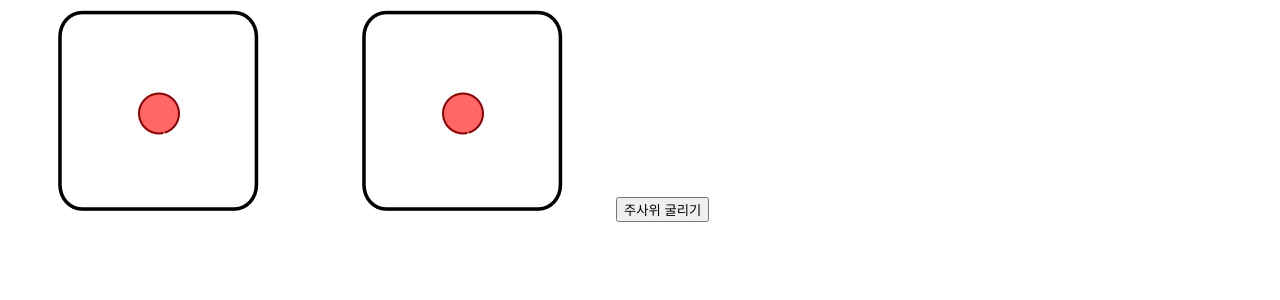
Repository: boseung2/Study-JSP
Page: MyWebSite/WebContent/index.html
An editor plug-in stored every save of this project. The page is shown before and after the next save, followed by the edit.
The browser window is 1280 px wide. The pictures show the whole page.

Above is the page before, as saved 2021-01-20 04:04:35.

### MyWebSite/WebContent/index.html
<!DOCTYPE html>
<html>
<head>
<meta charset="UTF-8">
<title>Insert title here</title>
<style>
a:link, a:visited {
  background-color: #f44336;
  color: white;
  padding: 15px 25px;
  text-align: center;
  text-decoration: none;
  display: inline-block;
}
a:hover, a:active {
  background-color: red;
}
</style>
</head>
<body>
<img src="/image/dice1.jpg" alt="dice">
<img src="/image/dice1.jpg" alt="dice">
<button onclick="Dice.java">주사위 굴리기</button>
</body>
</html>

After the next save:
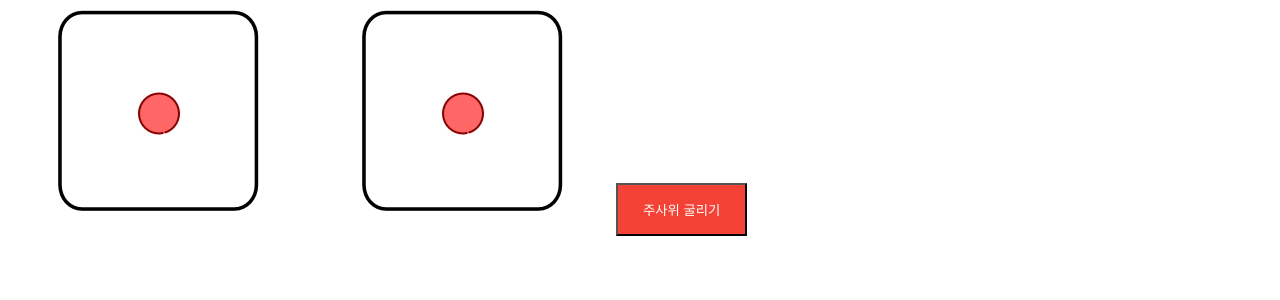
Saved 68 s later.
--- a/MyWebSite/WebContent/index.html
+++ b/MyWebSite/WebContent/index.html
@@ -4,7 +4,7 @@
 <meta charset="UTF-8">
 <title>Insert title here</title>
 <style>
-a:link, a:visited {
+button {
   background-color: #f44336;
   color: white;
   padding: 15px 25px;
